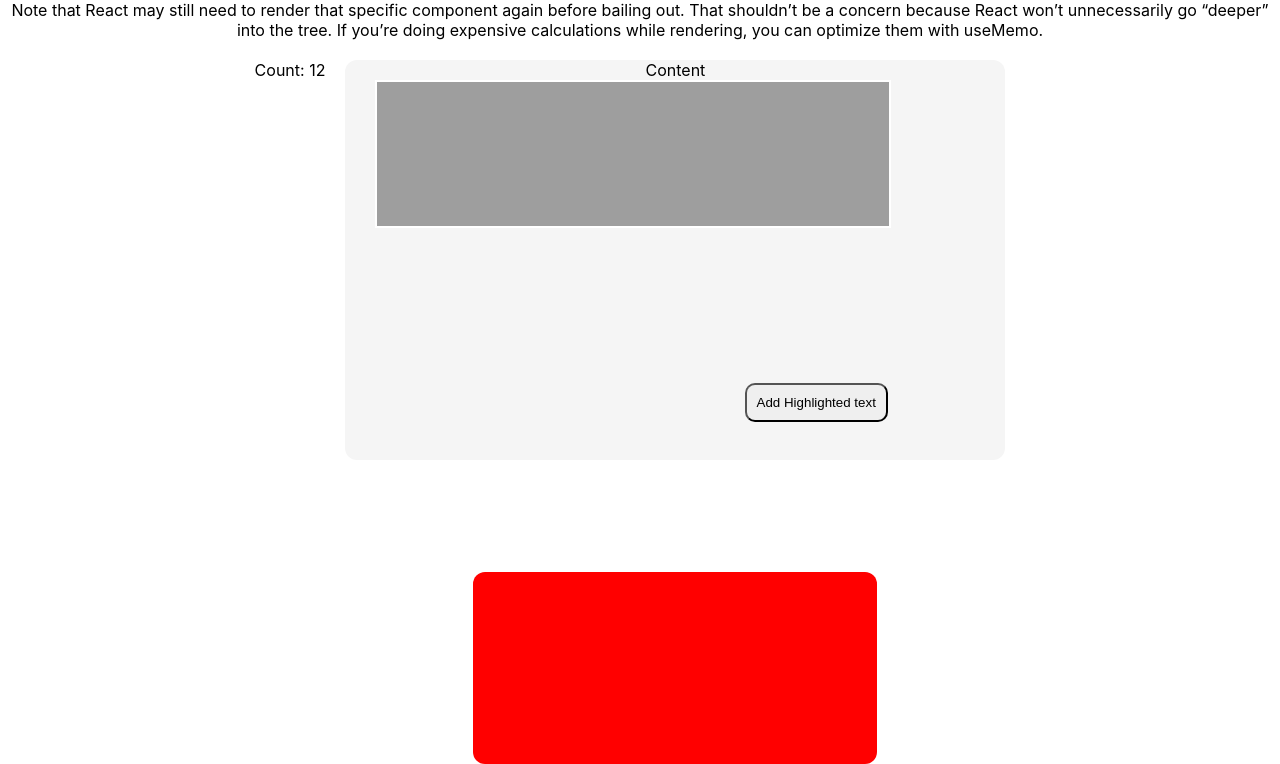
Repository: Farbod29/React-text-highlighter-with-hook-
Page: /
An editor plug-in stored every save of this project. The page is shown before and after the next save, followed by the edit.
The browser window is 1280 px wide. The pictures show the whole page.
Pictures or frames that could not be fetched are drawn as grey boxes. The project was rebuilt for these pictures with package versions that can differ from the ones it lists, and the page was loaded fresh each time.

Above is the page before, as saved 2022-02-18 22:02:57.

### src/App.js
import './App.css';
import Highlighter from './highlighter';
function App() {
  return (
    <div className="App">
      <Highlighter />
    </div>
  );
}

export default App;

### src/highlighter.js
import React, { useEffect, useState } from 'react';

export default function Highlighter() {
  let doit = () => {
    document.onmouseup = () => {
      console.log(window.getSelection().toString());
    };
  };
  const [count, setCount] = useState(12);
  return (
    <>
      <div>
        {' '}
        Note that React may still need to render that specific component again
        before bailing out. That shouldn’t be a concern because React won’t
        unnecessarily go “deeper” into the tree. If you’re doing expensive
        calculations while rendering, you can optimize them with useMemo.
      </div>
      Count: {count}
      {/* <button onClick={() => setCount((prevCount) => prevCount - 1)}>-</button> */}
      <div
        style={{
          padding: '0px 10px',
          height: '400px',
          width: '50vw',
          margin: '20px',
          borderRadius: '12px',
          backgroundColor: '#F5F5F5',
          inline: true,
          fontColor: 'red',
          display: 'inline-block',
          textAlign: 'center',
          position: 'relative',
        }}
      >
        <div
          style={{
            // textBox
            padding: '0px 10px',
            backgroundColor: 'red',
            height: '15vw',
            width: '30vw',
            left: '10vw',
            top: '40vw',
            borderRadius: '12px',
            position: 'absolute',
          }}
        />
        <img
          style={{
            height: '20vh',
            width: '40vw',
            position: 'absolute',
            border: '2px solid',
            borderColor: '#ffff',
            left: 30,
            top: 20,
          }}
          src="https://pfrias.couragecompanion.eu/storage/m/_v2/213604778138275840/4f8b684e5-e9314a/vlyvkRQwb3ew/u8hVvH5l5IFvha9MQyXCzPOYLo2SXG3bqIpv6vBg.png"
        ></img>
        Content
        <div
          style={{
            position: 'absolute',
            bottom: '3vw',
            left: '24vw',
            right: '2vw',
          }}
        >
          <button
            style={{ padding: '10px', borderRadius: '10px' }}
            onClick={() => setCount(12)}
          >
            {' '}
            Add Highlighted text{' '}
          </button>
        </div>
      </div>
      {doit()}
    </>
  );
}

Loaded but not shown: public/index.html (common file); src/index.js (common file); src/index.css (common file); src/reportWebVitals.js (common file); src/App.css (common file)

After the next save:
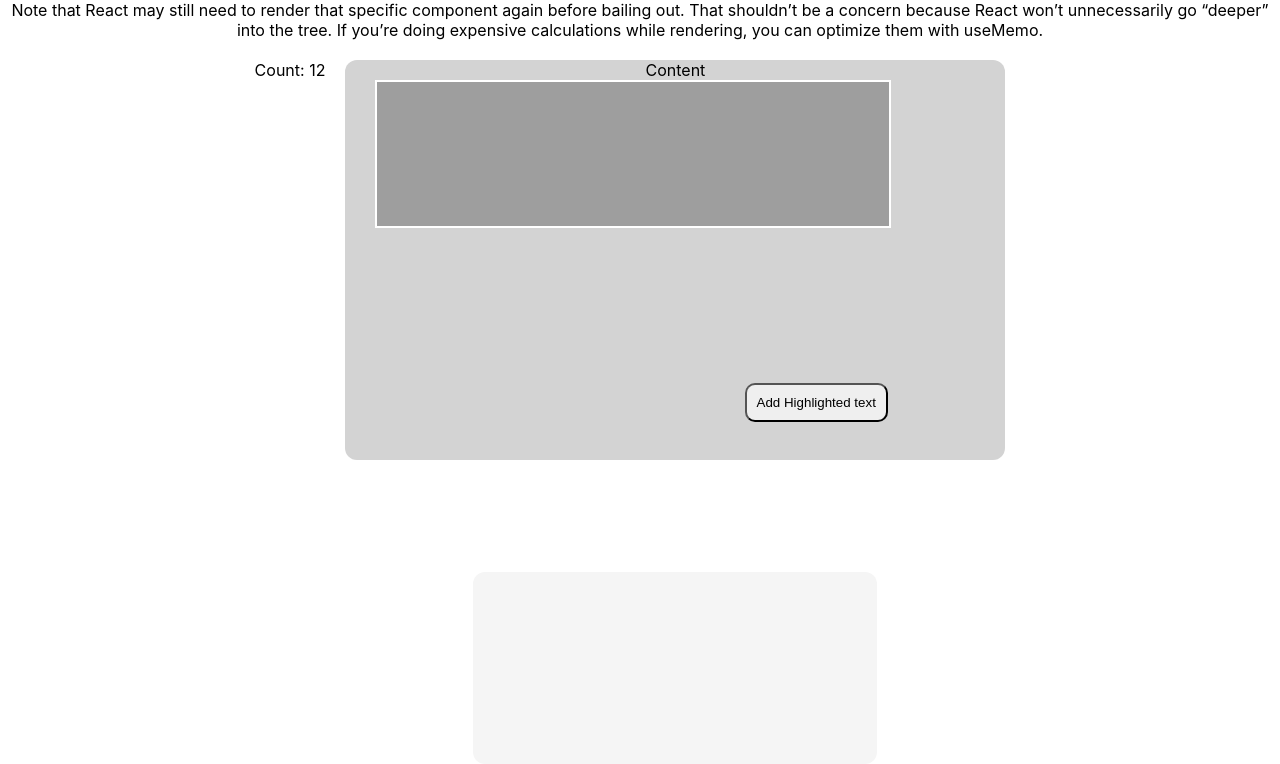
Saved 13 s later.
--- a/src/highlighter.js
+++ b/src/highlighter.js
@@ -25,7 +25,7 @@ export default function Highlighter() {
           width: '50vw',
           margin: '20px',
           borderRadius: '12px',
-          backgroundColor: '#F5F5F5',
+          backgroundColor: '#D3D3D3',
           inline: true,
           fontColor: 'red',
           display: 'inline-block',
@@ -37,7 +37,7 @@ export default function Highlighter() {
           style={{
             // textBox
             padding: '0px 10px',
-            backgroundColor: 'red',
+            backgroundColor: '#F5F5F5',
             height: '15vw',
             width: '30vw',
             left: '10vw',
